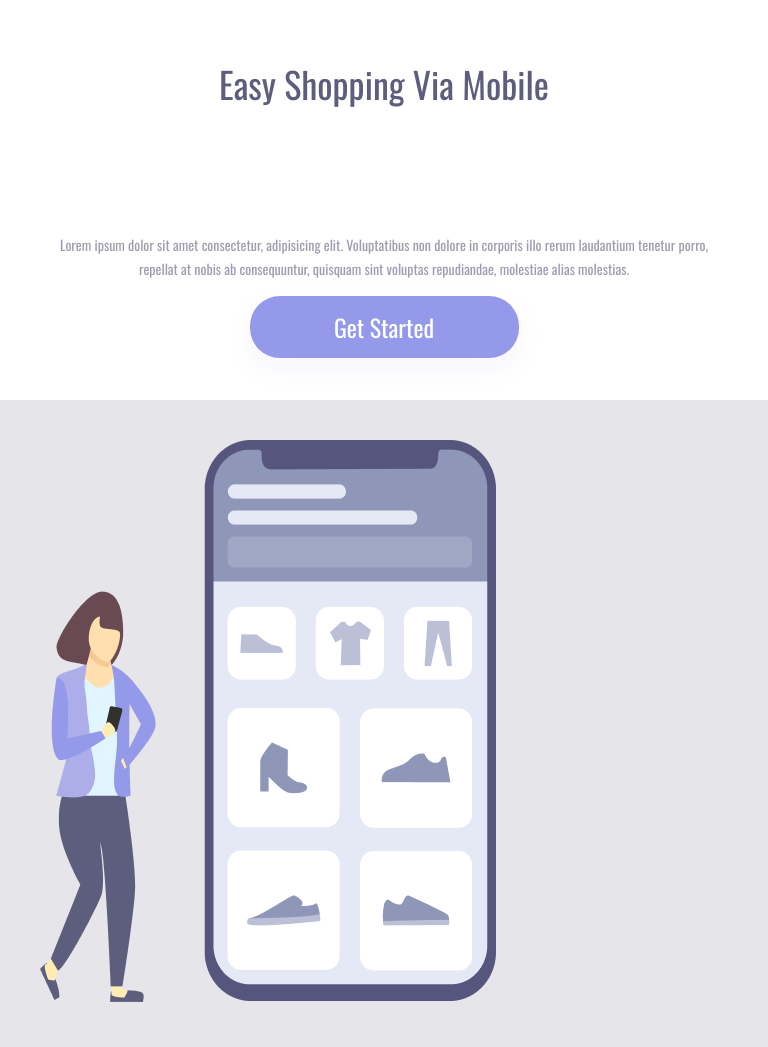
Repository: DihOliver/Projeto-Responsivo
Page: index.html
The author's editor kept a copy of each file at every save. The page is drawn from the files as they stood at one save, then again after the next save.
The browser window is 768 px wide. The pictures show the whole page.
Some web fonts or font styles are not loaded; a fallback is used.

Above is the page before, as saved 2023-06-26 15:30:33.

### index.html
<!DOCTYPE html>
<html lang="en">
  <head>
    <meta charset="UTF-8" />
    <meta http-equiv="X-UA-Compatible" content="IE=edge" />
    <meta name="viewport" content="width=device-width, initial-scale=1.0" />
    <link rel="stylesheet" href="./styles.css" />
    <link rel="preconnect" href="https://fonts.googleapis.com" />
    <link rel="preconnect" href="https://fonts.gstatic.com" crossorigin />
    <link
      href="https://fonts.googleapis.com/css2?family=Montserrat:ital,wght@0,500;0,600;0,700;0,900;1,400&family=Oswald&family=Poppins:wght@400;500;700&family=Roboto:wght@400;500;700&family=Tilt+Prism&display=swap"
      rel="stylesheet"
    />
    <title>Css - Responsividade</title>
  </head>
  <body>
    <div class="wrapper">
      <section class="container-left">
        <h1>Easy Shopping Via Mobile</h1>
        <p>
          Lorem ipsum dolor sit amet consectetur, adipisicing elit. Voluptatibus
          non dolore in corporis illo rerum laudantium tenetur porro, repellat
          at nobis ab consequuntur, quisquam sint voluptas repudiandae,
          molestiae alias molestias.
        </p>
        <button>Get Started</button>
      </section>
      <section class="container-rigth">
        <header>
          <a>Home</a>
          <a>Work</a>
          <a>About</a>
          <a>Contact</a>
        </header>
        <img alt="Girl=cellphone.png" src="./img/girl-cellphone.png" />
      </section>
    </div>
  </body>
</html>

### styles.css
*{
    margin: 0;
    padding: 0;
    box-sizing: border-box;
    font-family: 'Oswald', sans-serif;
    font-weight: 400;
}

.wrapper {
    height: 100vh;
    width: 100vw;

}

.container-left {
    display: inline-block;
    width: 60%;
    padding: 136px;
    margin-top: 25%;


}


.container-rigth {
    display: inline-block;
    background-color: rgba(93,93,125,0.16);
    height: 100vh;
    position: absolute;
    width: 540px;
    width: 40%;

}

img {
    position: relative;
    top: 25%;
    right: 130px;

}

h1 {
    font-weight: 0px;
    font-size: 70px;
    line-height: 50px;
    color: #5D5D7D;
    width: 368px;
    height: 160px;


}

p {
    font-size: 28px;
    line-height: 48px;
    color: #5D5D7D;
    opacity: 0.6;
    margin: 15px 0;
    width: 540px;

}

button {
    width: 269px;
    height: 62px;
    background: #9499EA;
    font-size: 24px;
    line-height: 36px;
    text-align: center;
    box-shadow: 0px 10px 24px rgba(148, 153, 234, 0.0979959);
    color: #FFFFFF;
    border: none;
    border-radius: 30px;
    cursor: pointer;
    }

    button:hover {
        opacity: .8;
    }

    button:active {
        opacity: .5;
    }

    a {
        font-size: 28px;
        line-height: 41px;
        color: #5D5D7D;
        margin: 41px;
        cursor: pointer;
    }

    a:nth-child(2) {
        opacity: 0.4;

    }

    a:hover {
        opacity: 0.4;
    }

    a:active {
        opacity: 0.8;
    }

    header {
        margin: 24px 0 0 57px;
    }

    @media screen and (max-width: 900px) {
        .container-left {
            width: 100%;
            height: 50%;
            padding: 0;
            margin: 0;
        }

        .container-rigth {
            width: 100%;
            display: block;
            height: auto;
            position: static;
            padding: 40px;
        }

        img {
            position: static;
            max-width: 90;

        }

        header {
            display: none;
        }

        h1 {
            font-size:36px;
            line-height: 52px;
            width: auto;
            margin: 58px 50px 0 50px;
            text-align: center;

        }

        p {
            margin: 15px 40px;
            width: auto;
            text-align: center;
            font-size: 14px;
            line-height: 24px;
        }

        button {
            margin: 0 auto;
            display: block;
        }



    }

After the next save:
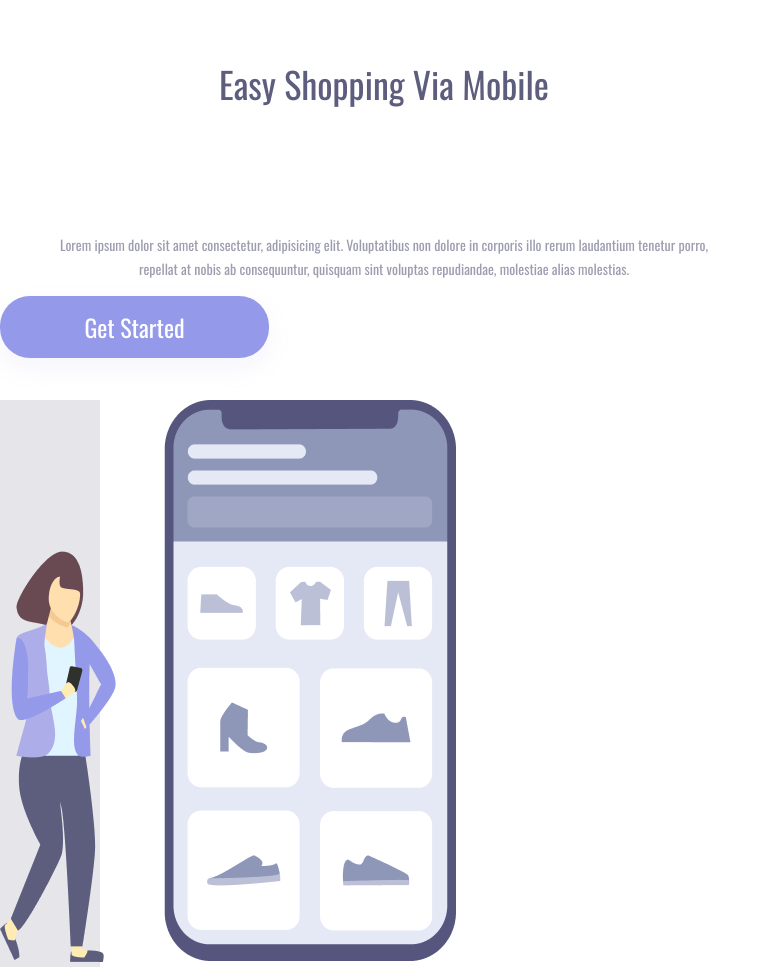
Saved 2 min 6 s later.
--- a/styles.css
+++ b/styles.css
@@ -30,22 +30,23 @@
     width: 540px;
     width: 40%;
 
+
 }
 
 img {
     position: relative;
     top: 25%;
     right: 130px;
-
 }
 
 h1 {
     font-weight: 0px;
     font-size: 70px;
-    line-height: 50px;
+    line-height: 80px;
     color: #5D5D7D;
     width: 368px;
     height: 160px;
+    width: 368px;
 
 
 }
@@ -116,17 +117,14 @@ button {
         }
 
         .container-rigth {
-            width: 100%;
             display: block;
             height: auto;
+            width: 100px;
             position: static;
-            padding: 40px;
         }
 
         img {
             position: static;
-            max-width: 90;
-
         }
 
         header {
@@ -139,7 +137,6 @@ button {
             width: auto;
             margin: 58px 50px 0 50px;
             text-align: center;
-
         }
 
         p {
@@ -150,10 +147,6 @@ button {
             line-height: 24px;
         }
 
-        button {
-            margin: 0 auto;
-            display: block;
-        }
 
 
 
